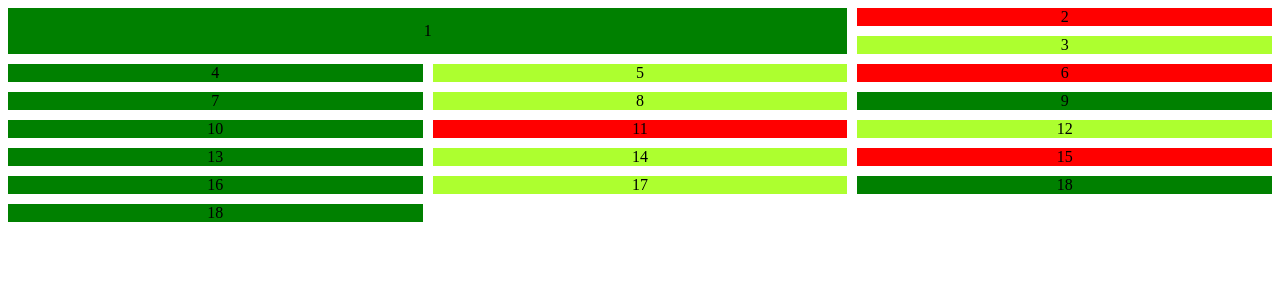
Repository: motiejus1/09-paskaita-05.31
Page: index.html
An editor plug-in stored every save of this project. The page is shown before and after the next save, followed by the edit.
The browser window is 1280 px wide. The pictures show the whole page.

Above is the page before, as saved 2021-06-15 19:45:36.

After the next save:
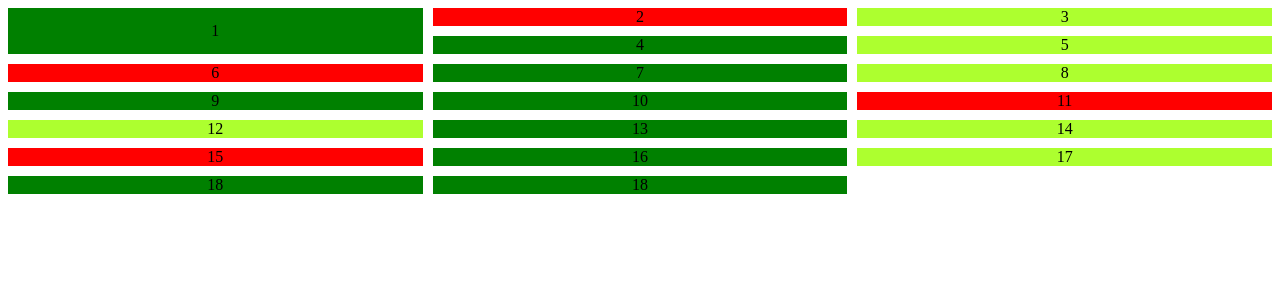
Saved 21 s later.
--- a/index.html
+++ b/index.html
@@ -26,8 +26,8 @@
         }
 
         .grid-item-1 {
-            grid-column-start: 1 ;
-            grid-column-end: 3 ;
+            /* grid-column-start: 1 ;
+            grid-column-end: 3 ; */
             grid-row-start: 1 ;
             grid-row-end: 3 ;
         }
